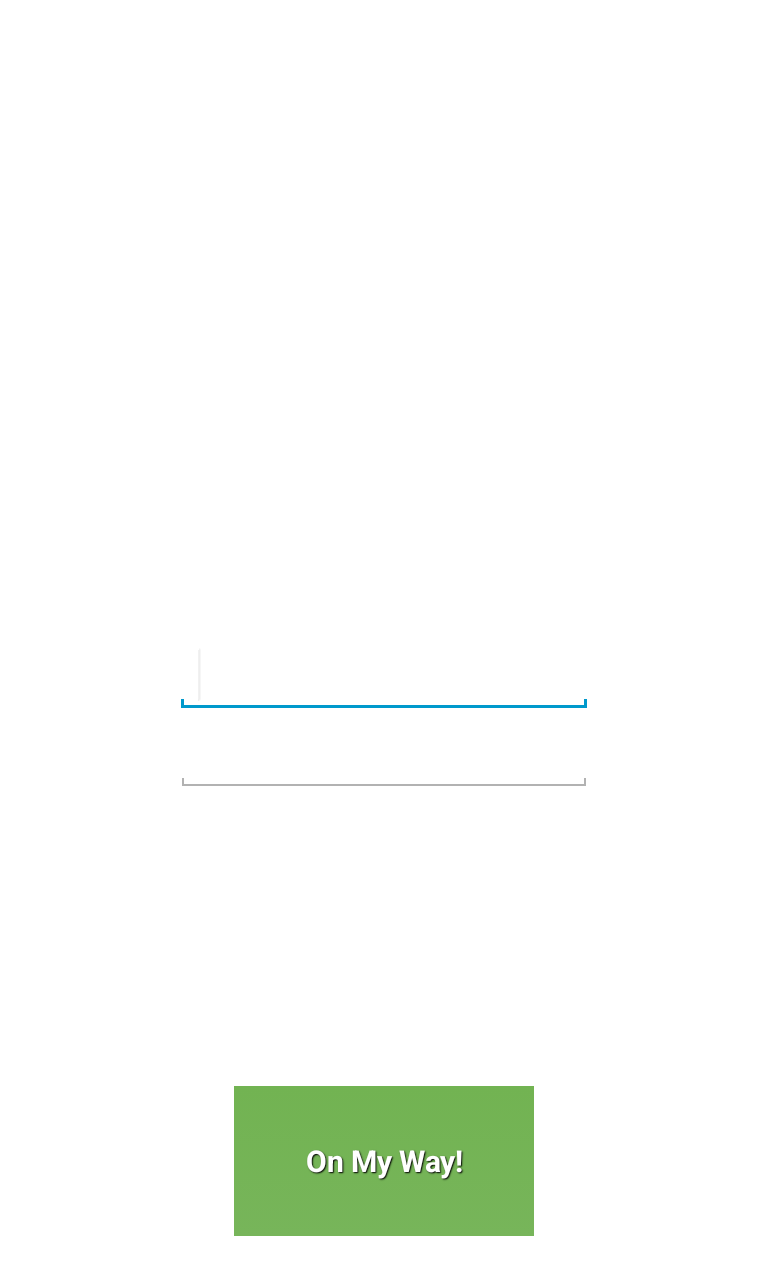
Repository: kenzshi/ViaSatHackathon
Layout: OnMyWay/res/layout/activity_main.xml
The author's editor kept a copy of each file at every save. The layout is drawn from the files as they stood at one save, then again after the next save.
It is drawn on a 768 x 1280 px phone screen (xhdpi) without system bars, with theme AppTheme; the app's code is not run.

Above is the layout before, as saved 2013-07-25 01:56:45.

### OnMyWay/res/layout/activity_main.xml
<RelativeLayout xmlns:android="http://schemas.android.com/apk/res/android"
    xmlns:tools="http://schemas.android.com/tools"
    android:layout_width="match_parent"
    android:layout_height="match_parent"
    android:orientation="horizontal" >

    <Button
        android:id="@+id/button1"
        style="@style/btn"
        android:layout_width="150dp"
        android:layout_height="75dp"
        android:layout_alignParentBottom="true"
        android:layout_centerHorizontal="true"
        android:layout_marginBottom="22dp"
        android:onClick="sendMessage"
        android:text="@string/button_send" />

    <EditText
        android:id="@+id/editText1"
        android:layout_width="wrap_content"
        android:layout_height="wrap_content"
        android:layout_above="@+id/button1"
        android:layout_centerHorizontal="true"
        android:layout_marginBottom="146dp"
        android:ems="10"
        android:inputType="textPassword" />

    <EditText
        android:id="@+id/editText2"
        android:layout_width="wrap_content"
        android:layout_height="wrap_content"
        android:layout_above="@+id/editText1"
        android:layout_centerHorizontal="true"
        android:ems="10"
        android:inputType="textPersonName" >

        <requestFocus />
    </EditText>

</RelativeLayout>

### OnMyWay/res/values/styles.xml
<resources>

    <!--
        Base application theme, dependent on API level. This theme is replaced
        by AppBaseTheme from res/values-vXX/styles.xml on newer devices.
    -->
    <style name="AppBaseTheme" parent="android:Theme.Light">
        <!--
            Theme customizations available in newer API levels can go in
            res/values-vXX/styles.xml, while customizations related to
            backward-compatibility can go here.
        -->
    </style>

    <!-- Application theme. -->
    <style name="AppTheme" parent="AppBaseTheme">
        <!-- All customizations that are NOT specific to a particular API-level can go here. -->
    </style>

    <style name="styleName" parent="android:Widget.Holo.Light.Button">
        <item name="android:layout_marginBottom">20dp</item>
    </style>

    <style name="btn" parent="@android:style/Widget.Button">
       <item name="android:textSize">15sp</item>
       <item name="android:textStyle">bold</item>
       <item name="android:textColor">#FFFFFF</item>
       <item name="android:gravity">center</item>
       <item name="android:shadowColor">#000000</item>
       <item name="android:shadowDx">1</item>
       <item name="android:shadowDy">1</item>
       <item name="android:shadowRadius">0.6</item>
       <item name="android:background">@drawable/custom_button</item>
       <item name="android:padding">10dip</item>
   </style>
</resources>

### OnMyWay/res/values/strings.xml
<?xml version="1.0" encoding="utf-8"?>
<resources>

    <string name="app_name">On My Way</string>
    <string name="action_settings">Settings</string>
    <string name="hello_world">Hello world!</string>
    <string name="edit_message">Enter a message</string>
    <string name="button_send">On My Way!</string>
    <string name="title_activity_main">GPS Coordinates</string>
    <string name="title_activity_display_message">MainActivity</string>

</resources>

### OnMyWay/res/drawable-hdpi/custom_button.xml
<?xml version="1.0" encoding="utf-8"?>
<selector xmlns:android="http://schemas.android.com/apk/res/android" >
     <item android:state_pressed="true" >
         <shape android:shape="rectangle"  >
             <gradient  android:angle="-90"  android:startColor="#77b55a" android:endColor="#72b352"  />
         </shape>
     </item>
    <item android:state_focused="true">
         <shape android:shape="rectangle"  >
             <solid  android:color="#77b55a"/>
         </shape>
     </item>
    <item >
        <shape android:shape="rectangle">
             <gradient  android:angle="-90"  android:startColor="#72b352" android:endColor="#77b55a" />
         </shape>
     </item>
</selector>

### OnMyWay/res/drawable-ldpi/custom_button.xml
<?xml version="1.0" encoding="utf-8"?>
<selector xmlns:android="http://schemas.android.com/apk/res/android" >
     <item android:state_pressed="true" >
         <shape android:shape="rectangle"  >
             <gradient  android:angle="-90"  android:startColor="#77b55a" android:endColor="#72b352"  />
         </shape>
     </item>
    <item android:state_focused="true">
         <shape android:shape="rectangle"  >
             <solid  android:color="#77b55a"/>
         </shape>
     </item>
    <item >
        <shape android:shape="rectangle">
             <gradient  android:angle="-90"  android:startColor="#72b352" android:endColor="#77b55a" />
         </shape>
     </item>
</selector>

### OnMyWay/res/drawable-mdpi/custom_button.xml
<?xml version="1.0" encoding="utf-8"?>
<selector xmlns:android="http://schemas.android.com/apk/res/android" >
     <item android:state_pressed="true" >
         <shape android:shape="rectangle"  >
             <gradient  android:angle="-90"  android:startColor="#77b55a" android:endColor="#72b352"  />
         </shape>
     </item>
    <item android:state_focused="true">
         <shape android:shape="rectangle"  >
             <solid  android:color="#77b55a"/>
         </shape>
     </item>
    <item >
        <shape android:shape="rectangle">
             <gradient  android:angle="-90"  android:startColor="#72b352" android:endColor="#77b55a" />
         </shape>
     </item>
</selector>

### OnMyWay/res/drawable-xhdpi/custom_button.xml
<?xml version="1.0" encoding="utf-8"?>
<selector xmlns:android="http://schemas.android.com/apk/res/android" >
     <item android:state_pressed="true" >
         <shape android:shape="rectangle"  >
             <gradient  android:angle="-90"  android:startColor="#77b55a" android:endColor="#72b352"  />
         </shape>
     </item>
    <item android:state_focused="true">
         <shape android:shape="rectangle"  >
             <solid  android:color="#77b55a"/>
         </shape>
     </item>
    <item >
        <shape android:shape="rectangle">
             <gradient  android:angle="-90"  android:startColor="#72b352" android:endColor="#77b55a" />
         </shape>
     </item>
</selector>

### OnMyWay/res/drawable-xxhdpi/custom_button.xml
<?xml version="1.0" encoding="utf-8"?>
<selector xmlns:android="http://schemas.android.com/apk/res/android" >
     <item android:state_pressed="true" >
         <shape android:shape="rectangle"  >
             <gradient  android:angle="-90"  android:startColor="#77b55a" android:endColor="#72b352"  />
         </shape>
     </item>
    <item android:state_focused="true">
         <shape android:shape="rectangle"  >
             <solid  android:color="#77b55a"/>
         </shape>
     </item>
    <item >
        <shape android:shape="rectangle">
             <gradient  android:angle="-90"  android:startColor="#72b352" android:endColor="#77b55a" />
         </shape>
     </item>
</selector>

Loaded but not shown: OnMyWay/res/values-v11/styles.xml (common file); OnMyWay/res/values-v14/styles.xml (common file)

After the next save:
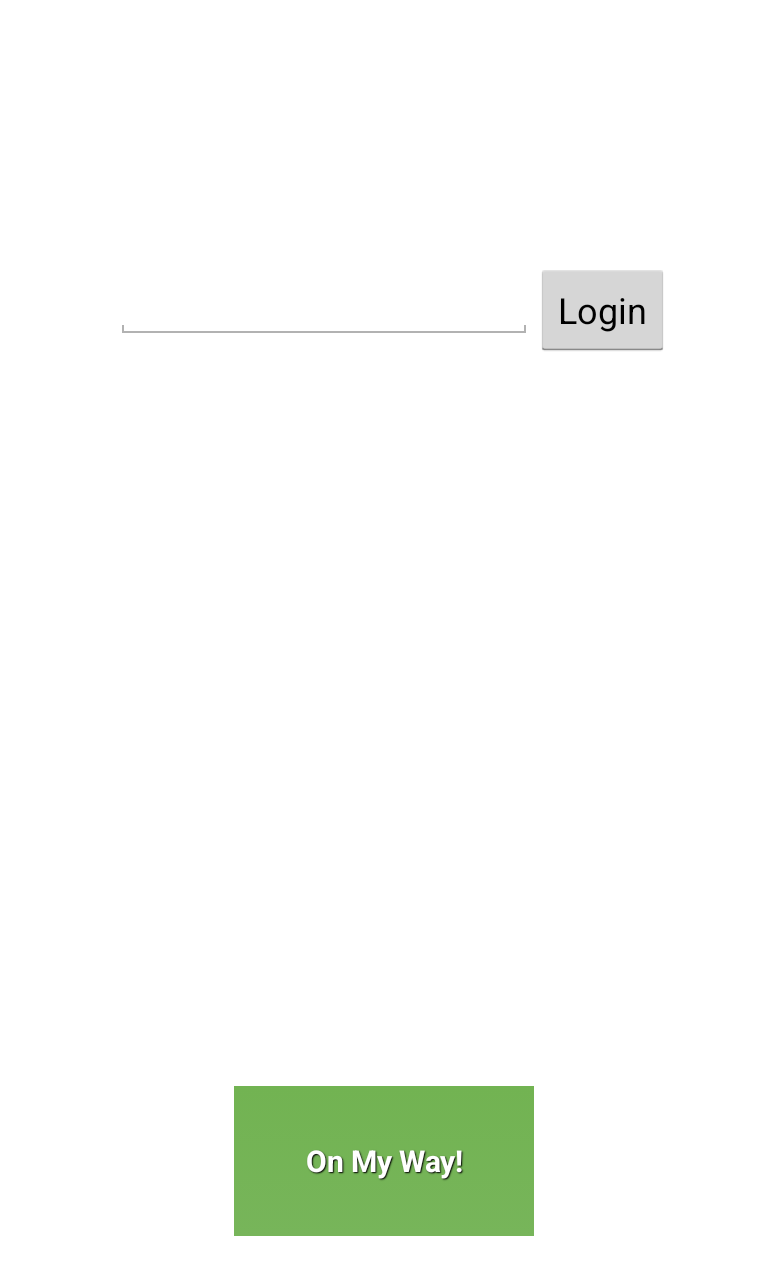
Saved 67 min 40 s later.
--- a/OnMyWay/res/layout/activity_main.xml
+++ b/OnMyWay/res/layout/activity_main.xml
@@ -16,25 +16,21 @@
         android:text="@string/button_send" />
 
     <EditText
-        android:id="@+id/editText1"
-        android:layout_width="wrap_content"
-        android:layout_height="wrap_content"
-        android:layout_above="@+id/button1"
-        android:layout_centerHorizontal="true"
-        android:layout_marginBottom="146dp"
-        android:ems="10"
-        android:inputType="textPassword" />
-
-    <EditText
         android:id="@+id/editText2"
         android:layout_width="wrap_content"
         android:layout_height="wrap_content"
-        android:layout_above="@+id/editText1"
-        android:layout_centerHorizontal="true"
+        android:layout_alignParentTop="true"
+        android:layout_alignRight="@+id/button1"
+        android:layout_marginTop="131dp"
         android:ems="10"
-        android:inputType="textPersonName" >
+        android:inputType="textPersonName" />
 
-        <requestFocus />
-    </EditText>
+    <Button
+        android:id="@+id/button2"
+        android:layout_width="wrap_content"
+        android:layout_height="wrap_content"
+        android:layout_alignTop="@+id/editText2"
+        android:layout_toRightOf="@+id/editText2"
+        android:text="Login" />
 
 </RelativeLayout>
